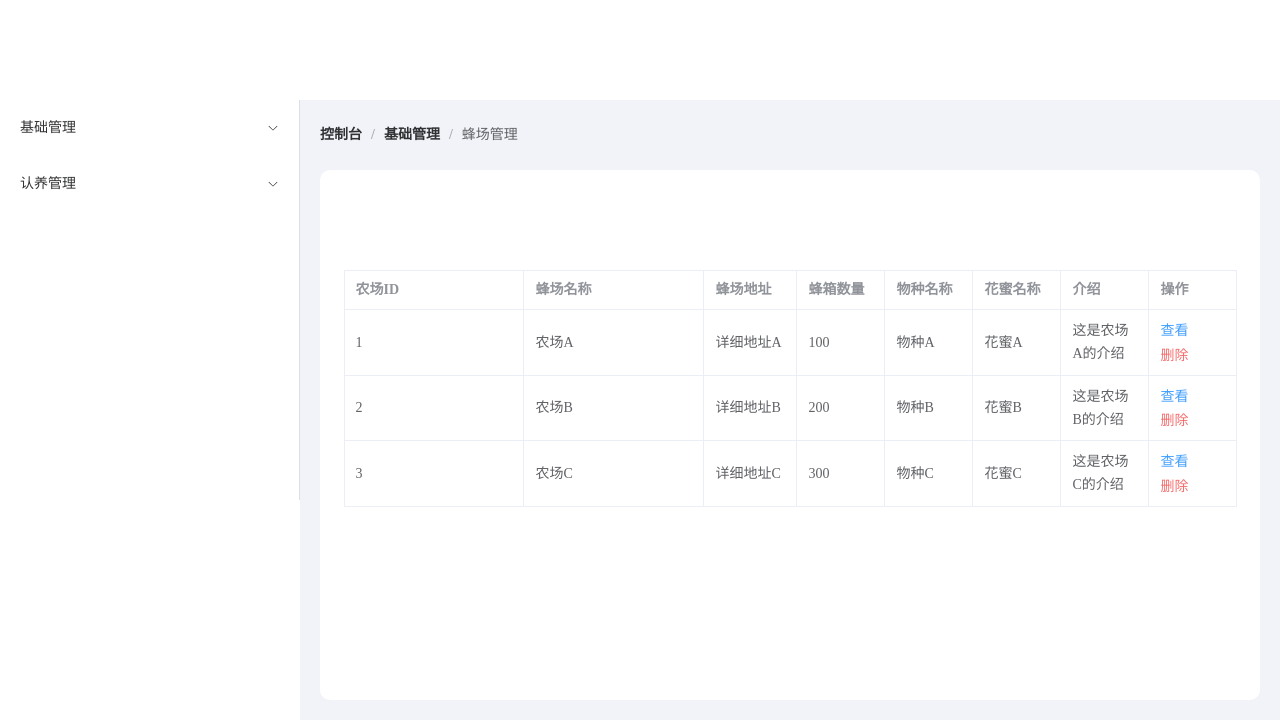
Repository: secret47/test-office-demo
Page: /dashboard/basic/farm
The author's editor kept a copy of each file at every save. The page is drawn from the files as they stood at one save, then again after the next save.
The browser window is 1280 px wide. The pictures show the whole page.
The project was rebuilt for these pictures with package versions that can differ from the ones it lists, and the page was loaded fresh each time. Also part of the build but not shown: vite.config.js.

Above is the page before, as saved 2024-10-29 14:00:52.

### src/main.js
import { createApp } from 'vue'
import '@/style/main.scss'
import App from './App.vue'
import router from './router'

import lang from "./local"


import ElementPlus from "element-plus";
import 'element-plus/dist/index.css'
import * as ElementPlusIconsVue from '@element-plus/icons-vue'

const app = createApp(App);

for (const [key, component] of Object.entries(ElementPlusIconsVue)) {
    app.component(key, component)
}

app.use(lang)
app.use(ElementPlus)
app.use(router)
app.mount('#app')

### src/style/main.scss
* {
    padding: 0;
    margin: 0;
}

html,
body {
    width: 100%;
    height: 100%;
    background: #ffffff;
}

#app {
    width: 100%;
    height: 100%;
}

.main-container {
    width: 100%;
    height: 100%;
}

//顶部搜索
.searchBox {
    width: 100%;
    height: 100px;
}
.list{
    width:95%;
    height: calc(100% - 100px);
    margin:0 auto;
}

### src/App.vue
<template>
  <!-- <div> -->
    <router-view />
  <!-- </div> -->
</template>

### src/router/index.js
import { createRouter, createWebHistory } from 'vue-router'
import layouts from "../layouts/index.vue"

const routes = [
    {
        path: '/',
        name: 'Login',
        component: () => import('@/views/login.vue'),
    },
    // 其他路由...
    {
        path: "/dashboard",
        name: "Dashboard",
        component: layouts,
        meta: {
            title: "控制中心"
        },
        children: [
            {
                path: "basic",
                name: "Basic",
                meta: {
                    title: "基础管理"
                },
                component: () => import("@/views/dashboard/basic/index.vue"),
                children: [
                    {
                        path: "farm",
                        name: "farm",
                        meta: {
                            title: "蜂场管理"
                        },
                        component: () => import("@/views/dashboard/basic/farm/index.vue"),
                    }
                ]

            }
        ]
    }
]

const router = createRouter({
    history: createWebHistory(),
    routes
})

export default router

### src/local/index.js
import { createI18n } from "vue-i18n";

import message from "./language"
const i18n = createI18n({
    locale: "zh",
    fallbackLocale: "zh",
    messages: message
})

export default i18n;

### src/layouts/index.vue
<template>
    <div class="layout">
        <el-container>
            <el-aside width="300px" class="side">
                <div class="logo"></div>
                <MenuComponent />
            </el-aside>
            <el-container class="container">
                <el-header>
                    <el-icon @click="toggleCollapse" class="toggle-icon">
                        <i class="toggle-icon-class"></i>
                    </el-icon>
                </el-header>
                <el-main>
                    <div class="bread">
                        <el-breadcrumb separator="/">
                            <el-breadcrumb-item :to="{ path: '/' }">控制台</el-breadcrumb-item>
                            <el-breadcrumb-item><a href="/">基础管理</a></el-breadcrumb-item>
                            <el-breadcrumb-item>蜂场管理</el-breadcrumb-item>
                        </el-breadcrumb>
                    </div>
                    <div class="main">
                        <router-view></router-view>
                    </div>
                </el-main>
            </el-container>
        </el-container>
    </div>
</template>

<script setup>
import MenuComponent from "./components/menu.vue"
import { ref } from 'vue';
const isCollapse = ref(false);
const toggleCollapse = () => {
    isCollapse.value = !isCollapse.value;
};
</script>

<style lang="scss" scoped>
.layout {
    width: 100%;
    height: 100%;

    .el-container {
        width: 100%;
        height: 100%;
    }

    .side {
        height: 100%;

        .logo {
            width: 100%;
            height: 100px;
        }
    }

    .container {
        width: calc(100% - 300px);
        height: 100%;

        .el-header {
            width: 100%;
            height: 100px;
            background: #ffffff;
        }

        .el-main {
            background: #F2F3F8;
            padding-top: 0;
            .bread {
                width: 100%;
                height: 70px;
                display: flex;
                flex-direction: column;
                justify-content: center;
            }

            .main {
                width: 100%;
                height: calc(100% - 70px);
                background: #ffffff;
                border-radius: 10px;
            }
        }
    }
}
</style>

### src/views/dashboard/basic/index.vue
<script setup lang="ts">
import { RouterView } from 'vue-router';
</script>

<template>
    <RouterView></RouterView>
</template>

### src/views/dashboard/basic/farm/index.vue
<template>
    <div class="main-container">
        <div class="searchBox">

        </div>
        <div class="list">
            <el-table border :data="farmList"> <el-table-column prop="farmId" label="农场ID"
                    width="180"></el-table-column>
                <el-table-column prop="farmName" label="蜂场名称" width="180"></el-table-column>
                <el-table-column prop="address" label="蜂场地址"></el-table-column>
                <el-table-column prop="hiveNums" label="蜂箱数量"></el-table-column>
                <el-table-column prop="speciesName" label="物种名称"></el-table-column>
                <el-table-column prop="nectarName" label="花蜜名称"></el-table-column>
                <el-table-column prop="introduce" label="介绍"></el-table-column>
                <el-table-column label="操作">
                    <template #default="scope">
                        <el-link type="primary">查看</el-link>
                        &nbsp;
                        <el-link type="danger">删除</el-link>
                    </template>
                </el-table-column>
            </el-table>
        </div>
    </div>
</template>
<script setup>
import { ref, reactive } from "vue"

const farmList = reactive([
    {
        farmId: "1",
        farmName: "农场A",
        provice: "省份A",
        city: "城市A",
        district: "区域A",
        address: "详细地址A",
        introduce: "这是农场A的介绍",
        hiveNums: "100",
        speciesName: "物种A",
        nectarName: "花蜜A",
        lng: "123.456",
        lat: "78.910"
    },
    {
        farmId: "2",
        farmName: "农场B",
        provice: "省份B",
        city: "城市B",
        district: "区域B",
        address: "详细地址B",
        introduce: "这是农场B的介绍",
        hiveNums: "200",
        speciesName: "物种B",
        nectarName: "花蜜B",
        lng: "123.457",
        lat: "78.911"
    },
    {
        farmId: "3",
        farmName: "农场C",
        provice: "省份C",
        city: "城市C",
        district: "区域C",
        address: "详细地址C",
        introduce: "这是农场C的介绍",
        hiveNums: "300",
        speciesName: "物种C",
        nectarName: "花蜜C",
        lng: "123.458",
        lat: "78.912"
    }
])

</script>

### src/local/language/index.js
import zh from "./zh"
import en from "./en"

export default {
    ...en,
    ...zh
}

### src/layouts/components/menu.vue
<template>
    <el-menu class="menu">
        <el-sub-menu index="1" :collapse="isCollapse">
            <template #title>基础管理</template>
            <el-menu-item index="1-1">蜂场管理</el-menu-item>
            <el-menu-item index="1-2">蜂箱管理</el-menu-item>
        </el-sub-menu>
        <el-sub-menu index="2">
            <template #title>认养管理</template>
            <el-menu-item index="2-1">认养设置</el-menu-item>
        </el-sub-menu>
    </el-menu>
</template>

<script setup>
import { ref } from 'vue';
const isCollapse = ref(false);
</script>

<style lang="scss" scoped>
.menu:not(.el-menu--collapse) {
    width: 300px;
    min-height: 400px;
}
</style>

### src/local/language/zh.js
export default{
    zh:{
        title:"后台管理系统",
        login:"登录",
        username:"用户名",
        password:"密码",
        remember:"记住密码",
        forget:"忘记密码",
    }
}

### src/local/language/en.js
export default{
    en:{
        title:"system management"
    }
}

Loaded but not shown: index.html (common file)

After the next save:
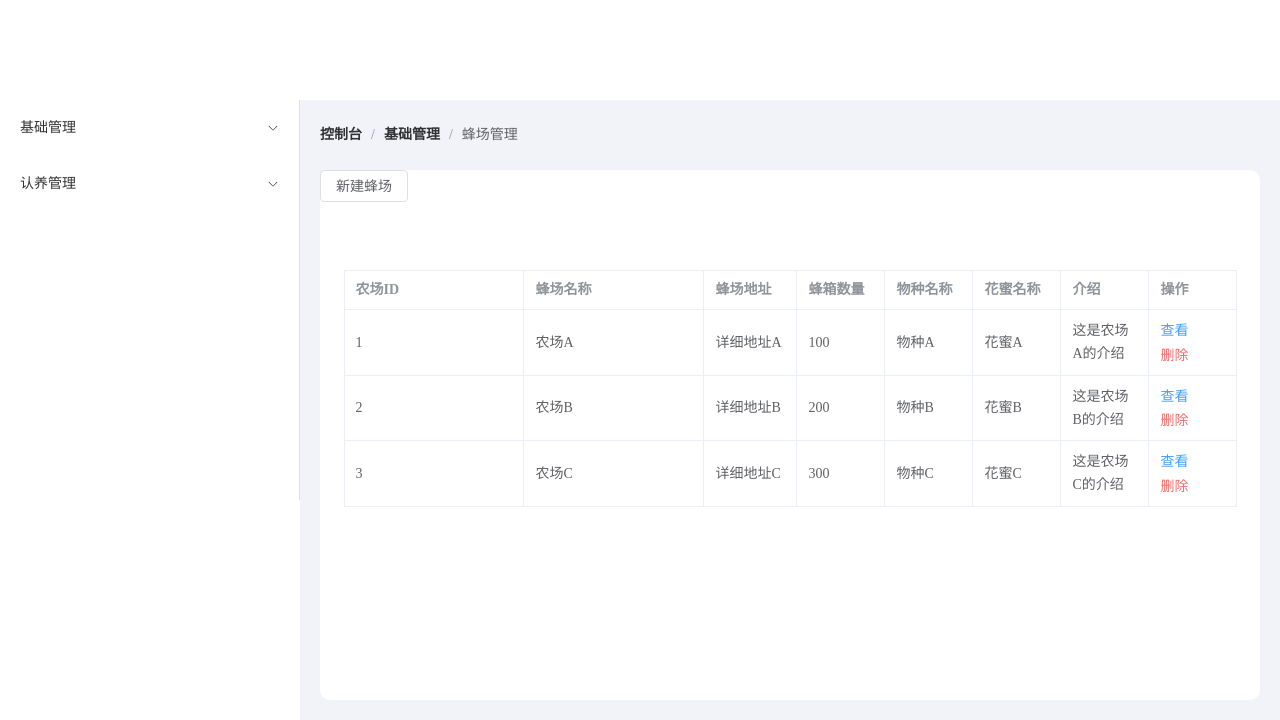
Saved 7 s later.
--- a/src/views/dashboard/basic/farm/index.vue
+++ b/src/views/dashboard/basic/farm/index.vue
@@ -1,7 +1,7 @@
 <template>
     <div class="main-container">
         <div class="searchBox">
-
+            <el-button>新建蜂场</el-button>
         </div>
         <div class="list">
             <el-table border :data="farmList"> <el-table-column prop="farmId" label="农场ID"
